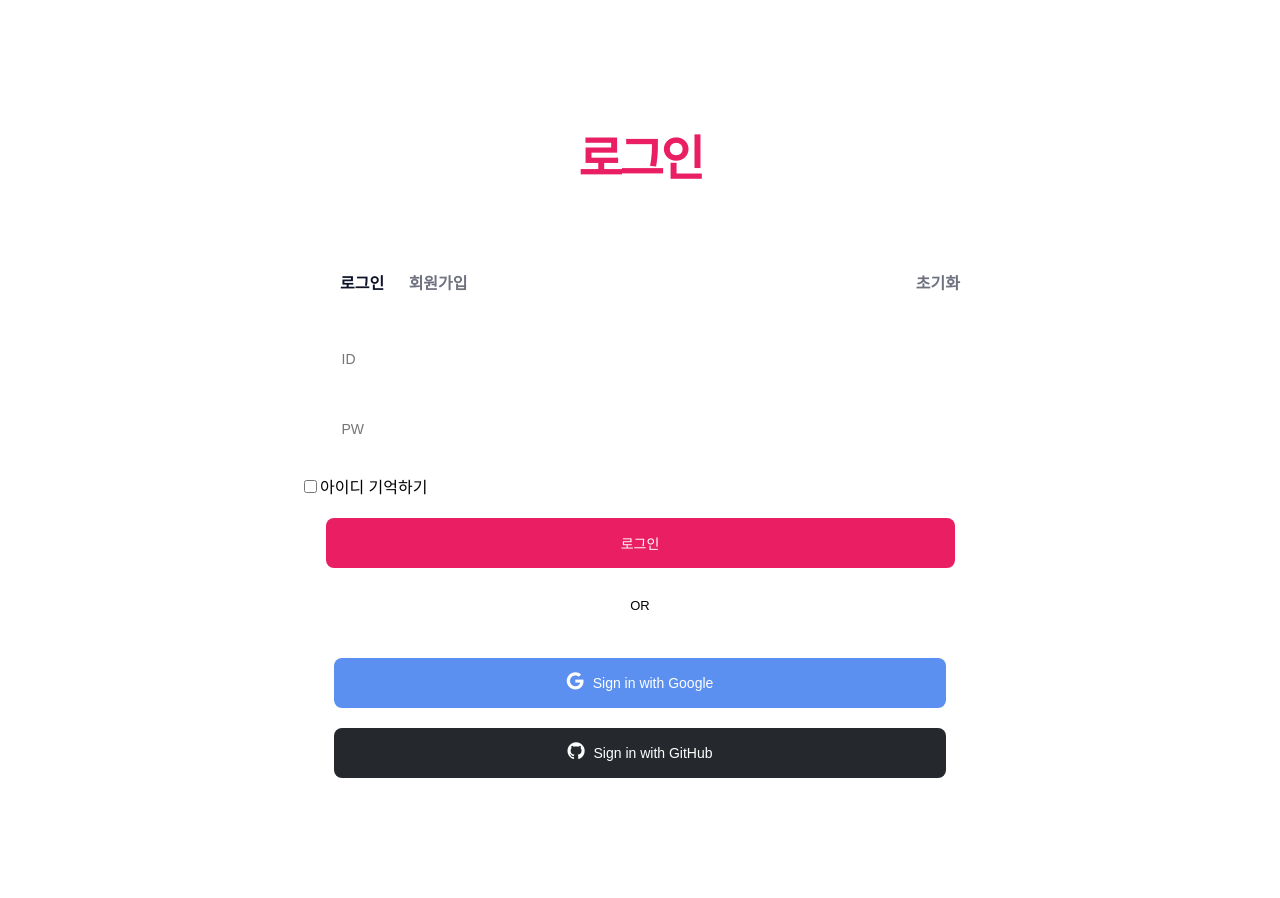
Repository: min7385/2025_moaLook_project
Page: http://localhost/moaLook/WEB-INF/views/member/registView.jsp
An editor plug-in stored every save of this project. The page is shown before and after the next save, followed by the edit.
The browser window is 1280 px wide. The pictures show the whole page.
The page is served by Tomcat 9. Nobody is signed in. The template is opened directly, without the code that normally fills it, so the values that code supplies are empty.

Above is the page before, as saved 2025-04-11 08:53:47.

After the next save:
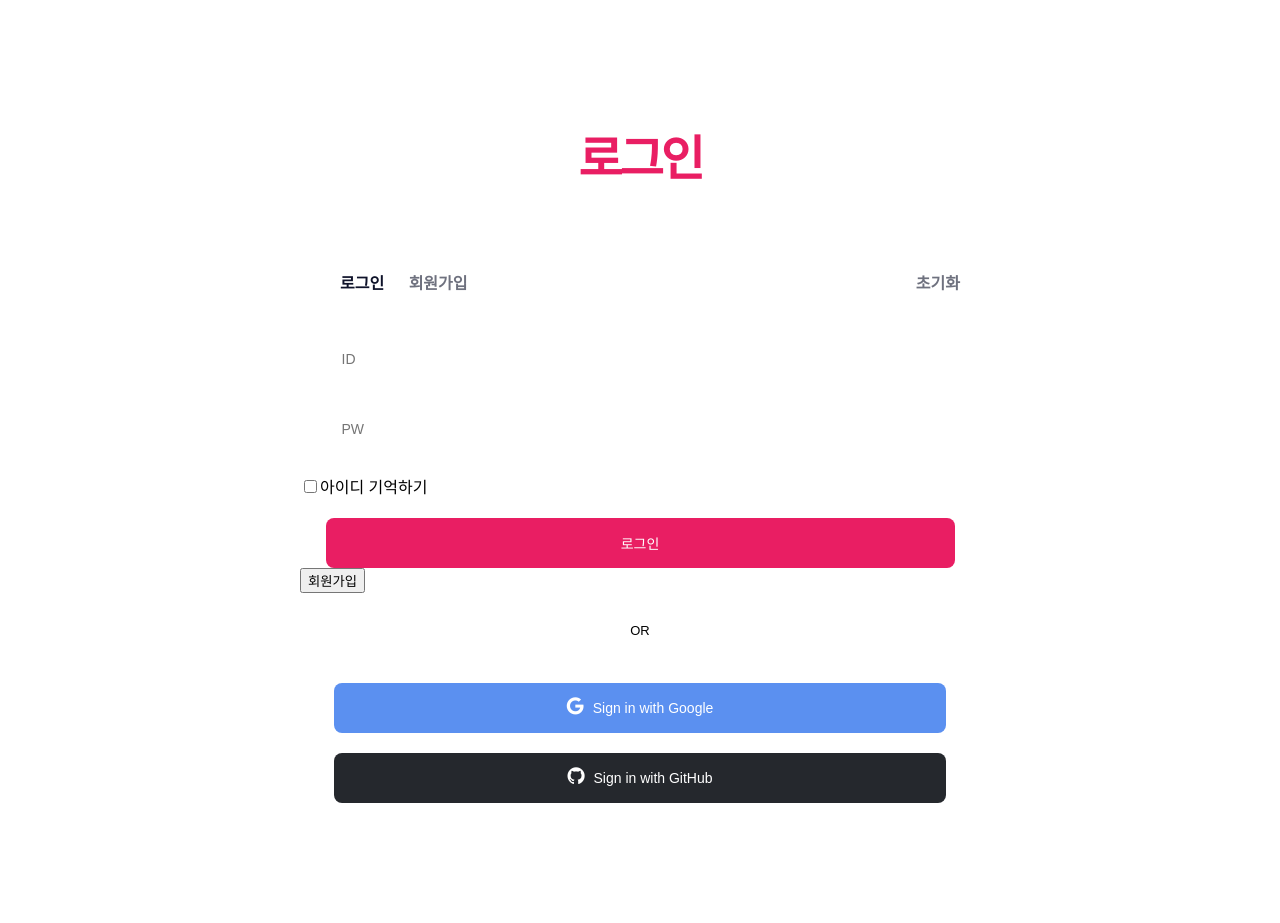
Saved 5 min 22 s later.
--- a/moaLook/src/main/webapp/WEB-INF/views/member/registView.jsp
+++ b/moaLook/src/main/webapp/WEB-INF/views/member/registView.jsp
@@ -56,7 +56,8 @@
 			</div>
 			<!-- sign in button -->
 			<div class="input__block">
-				<button type="submit" class="signin__btn">로그인</button>
+				<button type="button" class="signin__btn" onclick="submitForm('login')">로그인</button>
+				<button type="button" class="signup__btn" onclick="submitForm('join')">회원가입</button>
 			</div>
 		</form>
 		<!-- regist Form -->

After the 2 saves that followed:
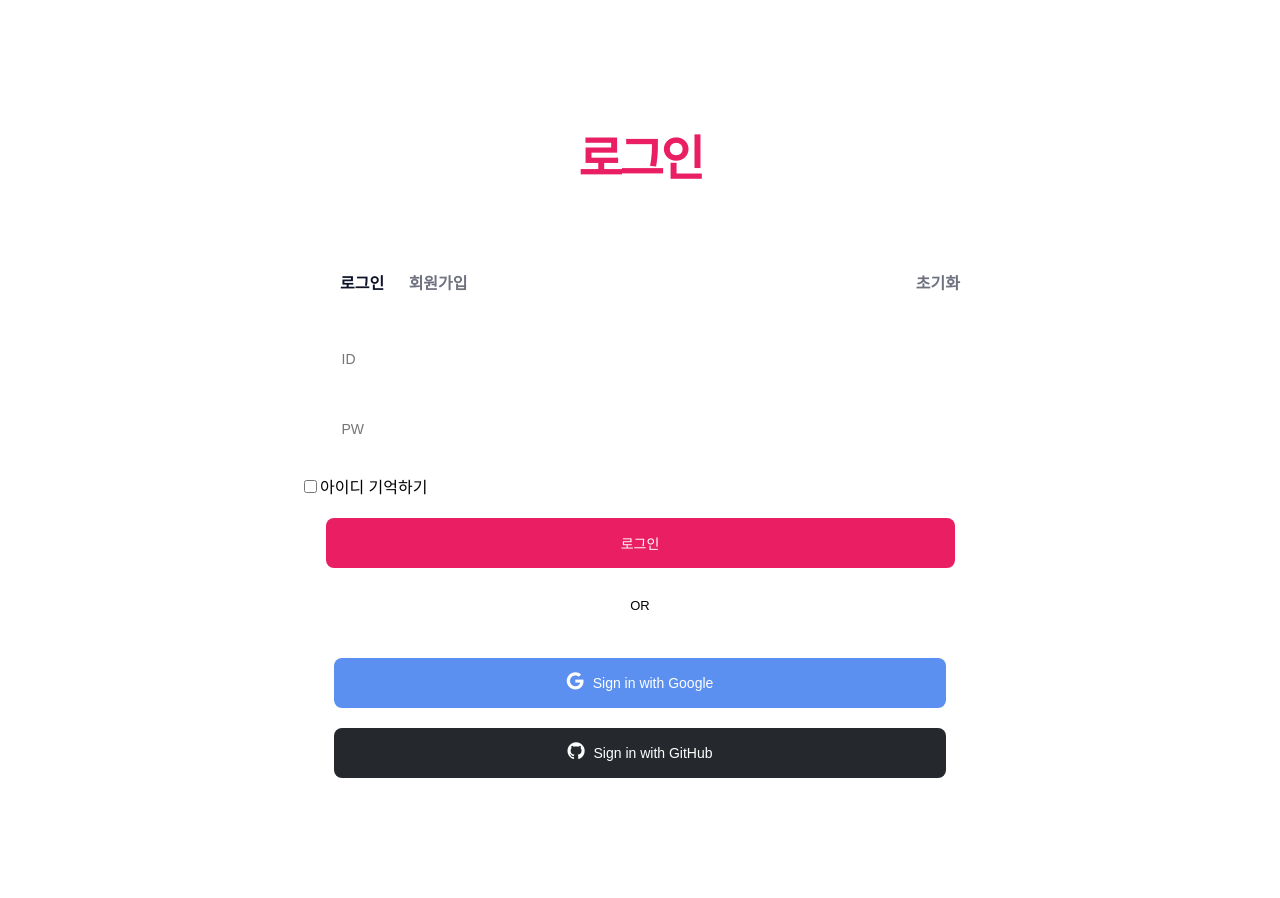
The 2 saves are shown as one change because 1 left the picture as it was.
The last was saved 3 min 7 s later.
--- a/moaLook/src/main/webapp/WEB-INF/views/member/registView.jsp
+++ b/moaLook/src/main/webapp/WEB-INF/views/member/registView.jsp
@@ -56,8 +56,7 @@
 			</div>
 			<!-- sign in button -->
 			<div class="input__block">
-				<button type="button" class="signin__btn" onclick="submitForm('login')">로그인</button>
-				<button type="button" class="signup__btn" onclick="submitForm('join')">회원가입</button>
+				<button type="button" class="signin__btn">로그인</button>
 			</div>
 		</form>
 		<!-- regist Form -->
